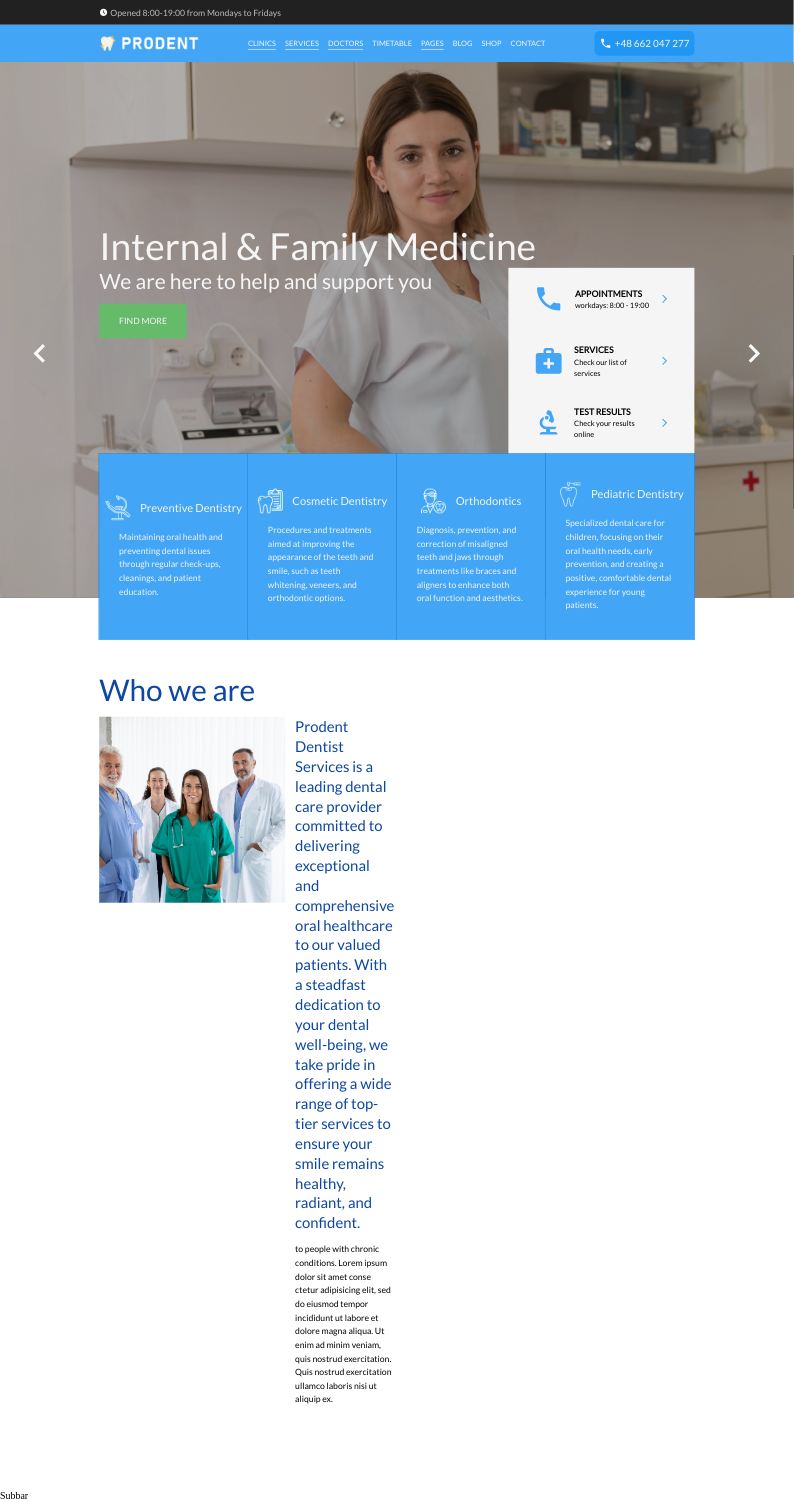
Repository: princ3-web/8
Page: /
The author's editor kept a copy of each file at every save. The page is drawn from the files as they stood at one save, then again after a run of saves.
The browser window is 1280 px wide. The pictures show the whole page, at 62% of full size.
The project was rebuilt for these pictures with package versions that can differ from the ones it lists, and the page was loaded fresh each time. Also part of the build but not shown: vite.config.js, src/subpages/About.jsx, src/index.css.

Above is the page before, as saved 2023-11-02 15:22:43.

### index.html
<!doctype html>
<html lang="en">
  <head>
    <meta charset="UTF-8" />
    <link rel="icon" type="image/svg+xml" href="/vite.svg" />
    <meta name="viewport" content="width=device-width, initial-scale=1.0" />
    <title>Vite + React</title>
    <link rel="preconnect" href="https://fonts.googleapis.com">
    <link rel="preconnect" href="https://fonts.gstatic.com" crossorigin>
    <link href="https://fonts.googleapis.com/css2?family=Lato&display=swap" rel="stylesheet">
  </head>
  <body>
    <div id="root"></div>
    <script type="module" src="/src/main.jsx"></script>
  </body>
</html>

### src/App.jsx
import "./App.css";
import { Box } from "@mui/material";
import { Route, Routes } from "react-router-dom";
import Home from "./subpages/Home";
import About from "./subpages/About";
import Navbar from "./components/Navbar";
import Subbar from "./components/Subbar";
import { createTheme, ThemeProvider } from "@mui/material/styles";

function App() {

  const theme = createTheme({
    typography: {
      fontFamily: "Lato, sans-serif",
    },
  });



  return (
    <ThemeProvider theme={theme}>
    <Box>

      <Navbar />

      <Routes>
        <Route path="/" element={<Home />} />
        <Route path="/about" element={<About />} />
      </Routes>
      <Subbar />
    </Box>
    </ThemeProvider>
  );
}

export default App;

### src/App.css
body {
  padding: 0;
  margin: 0;
  overflow-x: "hidden";
}

### src/subpages/Home.jsx
import React, { useEffect, useState } from "react";
import { Box, CardMedia, Typography, Button, Fade } from "@mui/material";
import image1 from "../assets/images/1.jpg";
import image2 from "../assets/images/2.jpg";
import image3 from "../assets/images/3.jpg";
import image4 from "../assets/images/4.jpg";
import { green, grey, blue } from "@mui/material/colors";
import PhoneIcon from "@mui/icons-material/Phone";
import MedicalServicesIcon from "@mui/icons-material/MedicalServices";
import BiotechIcon from "@mui/icons-material/Biotech";
import ArrowForwardIosIcon from "@mui/icons-material/ArrowForwardIos";
import icon1 from "../assets/icons/1.png";
import icon2 from "../assets/icons/2.png";
import icon3 from "../assets/icons/3.png";
import icon4 from "../assets/icons/4.png";
import SingleCarousel from "../components/SingleCarousel";

const Menu = () => {
  const items0 = [
    {
      title: "Preventive Dentistry",
      text: "Maintaining oral health and preventing dental issues through regular check-ups, cleanings, and patient education.",
      icon: icon1,
    },
    {
      title: "Cosmetic Dentistry",
      text: "Procedures and treatments aimed at improving the appearance of the teeth and smile, such as teeth whitening, veneers, and orthodontic options.",
      icon: icon2,
    },
    {
      title: "Orthodontics",
      text: "Diagnosis, prevention, and correction of misaligned teeth and jaws through treatments like braces and aligners to enhance both oral function and aesthetics.      ",
      icon: icon3,
    },
    {
      title: "Pediatric Dentistry",
      text: "Specialized dental care for children, focusing on their oral health needs, early prevention, and creating a positive, comfortable dental experience for young patients.      ",
      icon: icon4,
    },
  ];

  const items1 = [
    {
      title: "APPOINTMENTS",
      text: "workdays: 8:00 - 19:00",
      icon: <PhoneIcon sx={{ color: blue[400], fontSize: "50px", mr: "1rem" }} />,
    },
    {
      title: "SERVICES",
      text: "Check our list of services",
      icon: <MedicalServicesIcon sx={{ color: blue[400], fontSize: "50px", mr: "1rem" }} />,
    },
    {
      title: "TEST RESULTS",
      text: "Check your results online",
      icon: <BiotechIcon sx={{ color: blue[400], fontSize: "50px", mr: "1rem" }} />,
    },
  ];

  return (
    <Box
      sx={{
        position: "absolute",
        display: "flex",
        flexDirection: "column",
        alignItems: "flex-end",
        boxSizing: "border-box",
        top: "60%",
        px: "160px",
        width: "100%",
      }}
    >
      <Box
        sx={{
          display: "flex",
          flexDirection: "column",
          justifyContent: "space-evenly",
          alignItems: "center",
          backgroundColor: grey[100],
          width: "300px",
          height: "300px",
        }}
      >
        {items1.map((item) => (
          <Box
            sx={{
              display: "flex",
              alignItems: "center",
              justifyContent: "space-between",
              width: "100%",
              height: "33%",
              boxSizing: "border-box",
              px: "40px",
              transition: "0.25s",
              ":hover": {
                backgroundColor: grey[300],
                cursor: "pointer",
              },
            }}
          >
            {item.icon}
            <Box>
              <Typography sx={{ fontSize: "14px", fontWeight: 600 }}>{item.title}</Typography>
              <Typography sx={{ fontSize: "12px" }}>{item.text}</Typography>
            </Box>
            <ArrowForwardIosIcon sx={{ color: blue[400], fontSize: "16px", ml: "1rem" }} />
          </Box>
        ))}
      </Box>
      <Box sx={{ display: "flex", width: "100%" }}>
        {items0.map((item) => (
          <Box
            sx={{
              display: "flex",
              flexDirection: "column",
              justifyContent: "center",
              alignItems: "center",
              backgroundColor: blue[400],
              width: "300px",
              height: "300px",
              outline: "1px solid " + blue[600],
              transition: "0.25s",
              ":hover": {
                backgroundColor: blue[500],
                cursor: "pointer",
              },
            }}
          >
            <Box sx={{ display: "flex", alignItems: "center", mb: "1rem" }}>
              <CardMedia
                component="img"
                src={item.icon}
                alt=""
                sx={{ width: "40px", mr: "1rem" }}
              />
              <Typography color={grey[100]} sx={{ fontSize: "18px" }}>
                {item.title}
              </Typography>
            </Box>
            <Typography color={grey[100]} variant="subtitle2" sx={{ px: "2rem" }}>
              {item.text}
            </Typography>
          </Box>
        ))}
      </Box>
    </Box>
  );
};

const Home = () => {
  const items0 = [
    {
      title: "Preventive Dentistry",
      text: "Maintaining oral health and preventing dental issues through regular check-ups, cleanings, and patient education.",
      icon: icon1,
    },
    {
      title: "Cosmetic Dentistry",
      text: "Procedures and treatments aimed at improving the appearance of the teeth and smile, such as teeth whitening, veneers, and orthodontic options.",
      icon: icon2,
    },
    {
      title: "Orthodontics",
      text: "Diagnosis, prevention, and correction of misaligned teeth and jaws through treatments like braces and aligners to enhance both oral function and aesthetics.      ",
      icon: icon3,
    },
    {
      title: "Pediatric Dentistry",
      text: "Specialized dental care for children, focusing on their oral health needs, early prevention, and creating a positive, comfortable dental experience for young patients.      ",
      icon: icon4,
    },
  ];

  const items1 = [
    {
      title: "APPOINTMENTS",
      text: "workdays: 8:00 - 19:00",
      icon: <PhoneIcon sx={{ color: blue[400], fontSize: "50px", mr: "1rem" }} />,
    },
    {
      title: "SERVICES",
      text: "Check our list of services",
      icon: <MedicalServicesIcon sx={{ color: blue[400], fontSize: "50px", mr: "1rem" }} />,
    },
    {
      title: "TEST RESULTS",
      text: "Check your results online",
      icon: <BiotechIcon sx={{ color: blue[400], fontSize: "50px", mr: "1rem" }} />,
    },
  ];

  const [currentImageIndex, setCurrentImageIndex] = useState(0);

  useEffect(() => {
    const interval = setInterval(() => {
      const nextIndex = (currentImageIndex + 1) % images.length;
      setCurrentImageIndex(nextIndex);
    }, 4000);

    return () => {
      clearInterval(interval);
    };
  }, [currentImageIndex]);

  const images = [image1, image2, image3, image4];

  return (
    <Box>
      <SingleCarousel images={images} />

      <Box sx={{ position: "absolute", top: "50%", left: "160px", zIndex: 1 }}>
        <Typography variant="h2" sx={{ color: grey[100] }}>
          Internal & Family Medicine
        </Typography>
        <Typography variant="h4" sx={{ color: grey[100] }}>
          We are here to help and support you
        </Typography>
        <Button
          sx={{
            backgroundColor: green[400],
            color: grey[100],
            py: "1rem",
            px: "2rem",
            mt: "1rem",
            "&:hover": {
              backgroundColor: green[700],
              cursor: "pointer",
            },
          }}
        >
          FIND MORE
        </Button>
      </Box>
      <Menu />
      <Box sx={{ boxSizing: "border-box", px: "160px", py: "120px" }}>
        <Typography variant="h3" color={blue[900]}>Who we are</Typography>
        <Box sx={{ display: "flex",  width:"50%" }}>
          <CardMedia
            component="img"
            src={image1}
            alt=""
            sx={{ width: "300px", height: "300px", mt: "1rem" }}
          />
          <Box sx={{p:"1rem"}}>
            <Typography variant="h5" sx={{mb:"1rem"}}  color={blue[900]}>
            Prodent Dentist Services is a leading dental care provider committed to delivering exceptional and comprehensive oral healthcare to our valued patients. With a steadfast dedication to your dental well-being, we take pride in offering a wide range of top-tier services to ensure your smile remains healthy, radiant, and confident.


            </Typography>

          <Typography  variant="subtitle2">
            to people with chronic conditions. Lorem ipsum dolor sit amet conse ctetur adipisicing
            elit, sed do eiusmod tempor incididunt ut labore et dolore magna aliqua. Ut enim ad
            minim veniam, quis nostrud exercitation. Quis nostrud exercitation ullamco laboris nisi
            ut aliquip ex.
          </Typography>
          </Box>
        </Box>
      </Box>
    </Box>
  );
};

export default Home;

### src/components/Navbar.jsx
import React from "react";
import { Box, Typography, CardMedia, Menu, MenuItem } from "@mui/material";
import { blue, grey } from "@mui/material/colors";
import PhoneIcon from "@mui/icons-material/Phone";
import AccessTimeFilledIcon from "@mui/icons-material/AccessTimeFilled";
import logo from "../assets/icons/logo.png";

const Navbar = () => {
  const items = [
    { name: "CLINICS", items: ["Dental Clinic 1", "Dental Clinic 2", "Dental Clinic 3"] },
    { name: "SERVICES", items: ["Orthodontics", "Cosmetic Dentistry", "Preventive Dentistry"] },
    { name: "DOCTORS", items: ["Dentist 1", "Dentist 2", "Dentist 3"] },
    { name: "TIMETABLE", items: [] },
    { name: "PAGES", items: ["Home Page", "About Us", "Services Page"] },
    { name: "BLOG", items: [] },
    { name: "SHOP", items: [] },
    {
      name: "CONTACT",
      items: [],
    },
  ];

  const handleMenuItemHover = (event, index) => {
    const dropdownMenu = event.currentTarget.querySelector(".dropdown-menu");
    if (dropdownMenu) {
      dropdownMenu.style.visibility = "visible";
      dropdownMenu.style.filter = "opacity(1)";
    }
  };

  const handleMenuItemLeave = (event) => {
    const dropdownMenu = event.currentTarget.querySelector(".dropdown-menu");
    if (dropdownMenu) {
      dropdownMenu.style.visibility = "hidden";
      dropdownMenu.style.filter = "opacity(0)";
    }
  };

  return (
    <Box sx={{ position: "relative", zIndex: 2 }}>
      <Box
        sx={{
          display: "flex",
          alignItems: "center",
          height: "40px",
          width: "100%",
          backgroundColor: grey[900],
          pl: "160px",
          boxSizing: "border-box",
        }}
      >
        <AccessTimeFilledIcon sx={{ color: grey[100], fontSize: "14px", mr: "0.25rem" }} />
        <Typography color={grey[400]} variant="subtitle2">
          Opened 8:00-19:00 from Mondays to Fridays
        </Typography>
      </Box>
      <Box
        sx={{
          display: "flex",
          justifyContent: "space-between",
          alignItems: "center",
          boxSizing: "border-box",
          px: "160px",
          backgroundColor: blue[400],
          height: "60px",
        }}
      >
        <Box>
          <CardMedia component="img" src={logo} alt="" sx={{ height: "30px" }} />
        </Box>
        <Box
          sx={{
            display: "flex",
            justifyContent: "space-between",
            alignItems: "center",
            width: "50%",
            height: "100%",
          }}
        >
          {items.map((item, index) => (
            <Box
              key={index}
              onMouseEnter={(e) => handleMenuItemHover(e, index)}
              onMouseLeave={handleMenuItemLeave}
              sx={{ display: "flex", alignItems: "center", height: "100%" }}
            >
              <Typography
                sx={{
                  color: grey[100],
                  textDecoration: item.items.length < 1 ? "none" : "underline",
                  textUnderlineOffset:"5px",
                  fontSize: "12px",
                  ":hover": { cursor: "pointer", color: blue[100] },
                }}
              >
                {item.name}
              </Typography>
              <Box
                className="dropdown-menu"
                sx={{
                  visibility: "hidden",
                  position: "absolute",
                  backgroundColor: grey[100],
                  transition: "0.5s",
                  filter: "opacity(0)",
                  fontSize: "12px",
                  mt: "190px",
                  ml: "-10px",
                  py:"0.5rem",
                }}
              >
                {item.items.map((item) => (

                  <MenuItem sx={{ fontSize: "12px", p:"1rem", pr:"7rem" }}>{item}</MenuItem>
                ))}
              </Box>
            </Box>
          ))}
        </Box>
        <Box
          sx={{
            display: "flex",
            alignItems: "center",
            p: "0.5rem",
            borderRadius: ".5rem",
            backgroundColor: blue[500],
          }}
        >
          <PhoneIcon sx={{ color: grey[100], fontSize: "20px", mr: "0.25rem" }} />
          <Typography color={grey[100]}>+48 662 047 277</Typography>
        </Box>
      </Box>
    </Box>
  );
};

export default Navbar;

### src/components/Subbar.jsx
import React from 'react'

const Subbar = () => {
  return (
    <div>Subbar</div>
  )
}

export default Subbar

### src/components/SingleCarousel.jsx
import React, { useState, useEffect } from "react";
import KeyboardArrowLeftIcon from "@mui/icons-material/KeyboardArrowLeft";
import KeyboardArrowRightIcon from "@mui/icons-material/KeyboardArrowRight";
import IconButton from "@mui/material/IconButton";
import Box from "@mui/material/Box";
import { grey } from "@mui/material/colors";
import { CardMedia } from "@mui/material";

const SingleCarousel = ({ images }) => {
  const [index, setIndex] = useState(0);
  const [transition, setTransition] = useState(false);
  const [hover, setHover] = useState(false);

  useEffect(() => {
    const interval = setInterval(() => {
      setIndex((state) => (state === images.length - 1 ? 0 : state + 1));
    }, 5000);

    return () => {
      clearInterval(interval);
    };
  }, [hover]);

  const handlePrevious = () => {
    if (!transition) {
      setTransition(true);
      setIndex((state) => (state > 0 ? setIndex(state - 1) : setIndex(images.length - 1)));
      setTimeout(() => setTransition(false), 500);
    }
  };

  const handleNext = () => {
    if (!transition) {
      setTransition(true);
      setIndex((state) => (state < images.length - 1 ? setIndex(state + 1) : setIndex(0)));
      setTimeout(() => setTransition(false), 500);
    }
  };

  return (
    <Box height={"120vh"} sx={{ position: "relative", overflow: "hidden", backgroundColor: grey[900] }}>
      {images.map((item, n) => (
        <Box
          sx={{
            position: "absolute",
            justifyContent: "center",
            alignContent: "center",
            width: "100%",
            height: "100%",
            transition: "2s",
            filter: n === index ? "Opacity(1)" : "Opacity(0)",
          }}
        >
          <CardMedia
            component="img"
            src={item}
            sx={{ height: "100%", filter: "brightness(0.8)" }}
          />

        </Box>
      ))}
      <Box
        sx={{
          position: "absolute",
          display: "flex",
          justifyContent: "space-between",
          width: "96%",
          left: "2%",
          top: "50%",
        }}
      >
        <IconButton
          onClick={handlePrevious}
          onMouseOver={() => setHover(true)}
          onMouseLeave={() => setHover(false)}
        >
          <KeyboardArrowLeftIcon style={{ color: grey[50], zIndex: 10, fontSize: 60 }} />
        </IconButton>
        <IconButton
          onClick={handleNext}
          onMouseOver={() => setHover(true)}
          onMouseLeave={() => setHover(false)}
        >
          <KeyboardArrowRightIcon style={{ color: grey[50], zIndex: 10, fontSize: 60 }} />
        </IconButton>
      </Box>
    </Box>
  );
};

export default SingleCarousel;

Loaded but not shown: src/main.jsx (common file); src/index.css (no copy from this time; the picture is the same without it)

After the next 3 saves:
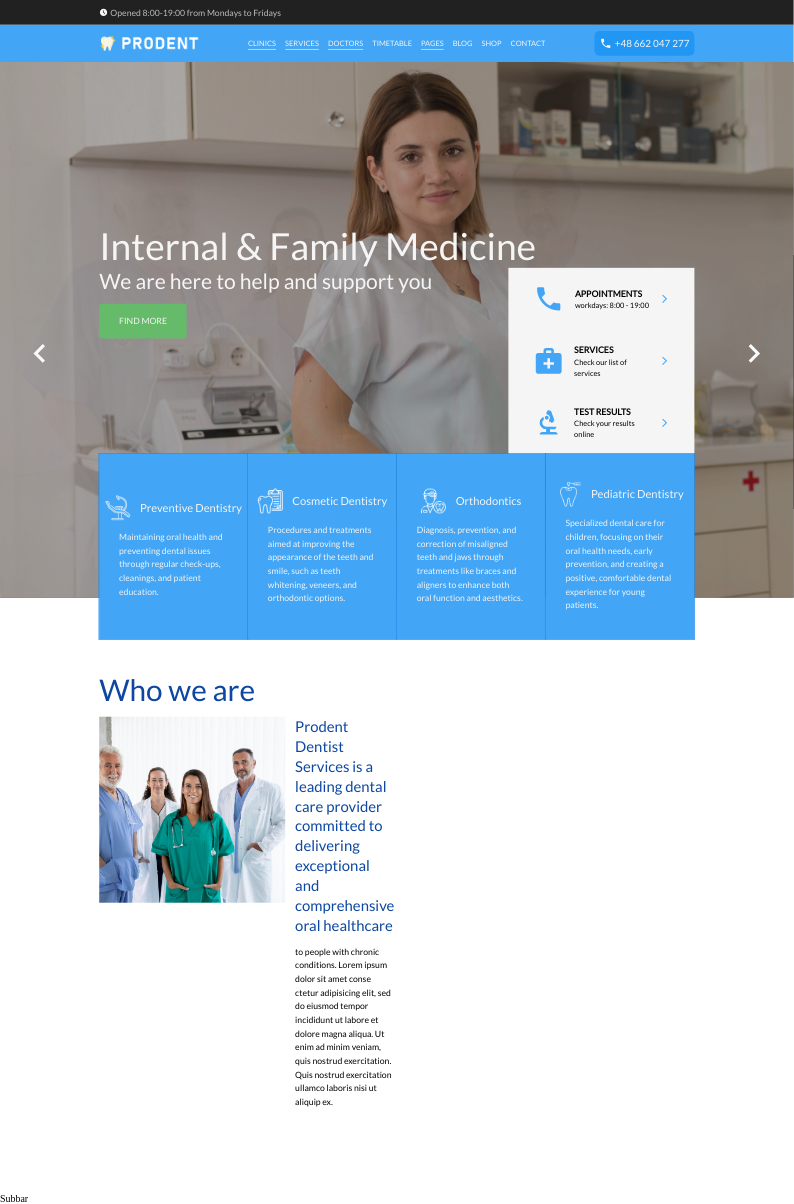
The 3 saves are shown as one change because they came seconds apart.
The last was saved 14 s later.
--- a/src/subpages/Home.jsx
+++ b/src/subpages/Home.jsx
@@ -243,9 +243,7 @@ const Home = () => {
           />
           <Box sx={{p:"1rem"}}>
             <Typography variant="h5" sx={{mb:"1rem"}}  color={blue[900]}>
-            Prodent Dentist Services is a leading dental care provider committed to delivering exceptional and comprehensive oral healthcare to our valued patients. With a steadfast dedication to your dental well-being, we take pride in offering a wide range of top-tier services to ensure your smile remains healthy, radiant, and confident.
-
-
+            Prodent Dentist Services is a leading dental care provider committed to delivering exceptional and comprehensive oral healthcare
             </Typography>
 
           <Typography  variant="subtitle2">
